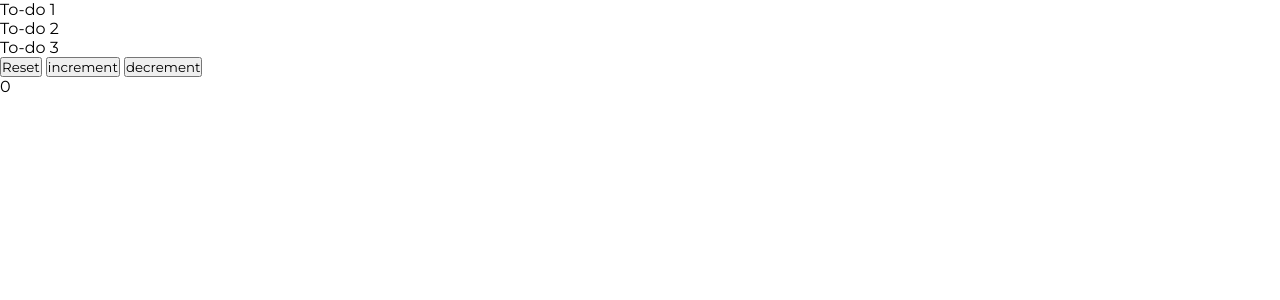
Repository: EguJaredoBoyd/Jared-Counter-App
Page: index.html
An editor plug-in stored every save of this project. The page is shown before and after the next save, followed by the edit.
The browser window is 1280 px wide. The pictures show the whole page.

Above is the page before, as saved 2025-11-17 21:04:43.

### index.html
<!DOCTYPE html>
<html lang="en">

<head>
    <meta charset="UTF-8">
    <meta name="viewport" content="width=device-width, initial-scale=1.0">
    <title>Document</title>
    <link rel="preconnect" href="https://fonts.googleapis.com">
    <link rel="preconnect" href="https://fonts.gstatic.com" crossorigin>
    <link href="https://fonts.googleapis.com/css2?family=Montserrat:ital,wght@0,100..900;1,100..900&display=swap"
        rel="stylesheet">
    <link rel="stylesheet" href="style.css">
    <script src="script.js" defer></script>
</head>

<body>
    <ul>
        <li>To-do 1</li>
        <li>To-do 2</li>
        <li>To-do 3</li>
    </ul>
    <button id="reset">Reset</button>
    <button id="increment">increment</button>
    <button id="decrement">decrement</button>


    <p id="start-count">0</p>

</body>

</html>

### style.css
* {
    padding: 0;
    margin: 0;
    box-sizing: border-box;
    font-family: "Montserrat", sans-serif;

}

:root {
    --primary-color: #0d1b2a;
    --secondary-color: #e0e1dd;
}

### script.js
//Get the last number clicked
let numberCount = Number(localStorage.getItem('increment')) || 0;

//Get last button clicked once the browser loads
let savedColor = localStorage.getItem('color');
let savedColor2 = localStorage.getItem('color2');
let savedColor3 = localStorage.getItem('color3')

let numberIncrement = document.querySelector('#increment');
let numberDecrement = document.getElementById('decrement');
let numberReset = document.querySelector('#reset');
let startCount = document.getElementById('start-count');

//Loads the the page with the last clicked number
startCount.textContent = numberCount;

//Uses the saved colour as a variable for the string 'red'
if (savedColor) {
    numberIncrement.style.backgroundColor = savedColor;
}
if (savedColor2) {
    numberDecrement.style.backgroundColor = savedColor2
}
if (savedColor3) {
    numberReset.style.backgroundColor = savedColor3;
}



numberIncrement.addEventListener('click', () => {
    let incrementColor = numberIncrement.style.backgroundColor = 'red';

    //Reset the other button colours
    numberDecrement.style.background = '';
    numberReset.style.background = '';

    //Save the color so it reminds user of last button clicked
    localStorage.setItem('color', incrementColor)
    //Remove colour storage for other buttons
    localStorage.removeItem('color2')
    localStorage.removeItem('color3')

    let counting = startCount.textContent = numberCount += 1;
    if (counting > 0) {
        startCount.style.color = 'green'
    }
    else if (counting === 0) {
        startCount.style.color = 'black';
    }
    if (numberCount < 0) {
        startCount.style.color = 'red'
    }

    //Save the number count to the localStorage
    localStorage.setItem('increment', numberCount);

})
numberDecrement.addEventListener('click', () => {
    let decrementColor = numberDecrement.style.backgroundColor = 'yellow';

    //Reset the other button colours
    numberIncrement.style.backgroundColor = '';
    numberReset.style.backgroundColor = '';

    //Save the color so it reminds user of last button clicked
    localStorage.setItem('color2', decrementColor)
    //Remove colour storage for other buttons
    localStorage.removeItem('color');
    localStorage.removeItem('color3')

    let negativeCounting = startCount.textContent = numberCount -= 1;
    if (negativeCounting < 0) {
        startCount.style.color = 'red'
    }
    else if (negativeCounting === 0) {
        startCount.style.color = 'black'
    }
    localStorage.setItem('increment', numberCount);
})
numberReset.addEventListener('click', () => {
    let resetColor = numberReset.style.backgroundColor = 'Blue';

    //Reset the other button colours
    numberIncrement.style.backgroundColor = '';
    numberDecrement.style.backgroundColor = '';

    //Save the color so it reminds user of last button clicked
    localStorage.setItem('color3', resetColor)
    //Remove colour storage for other buttons
    localStorage.removeItem('color');
    localStorage.removeItem('color2');

    let resetCounting = startCount.textContent = numberCount = 0;
    if (resetCounting === 0) {
        startCount.style.color = 'black'
    }
    localStorage.setItem('increment', numberCount);
})

After the next save:
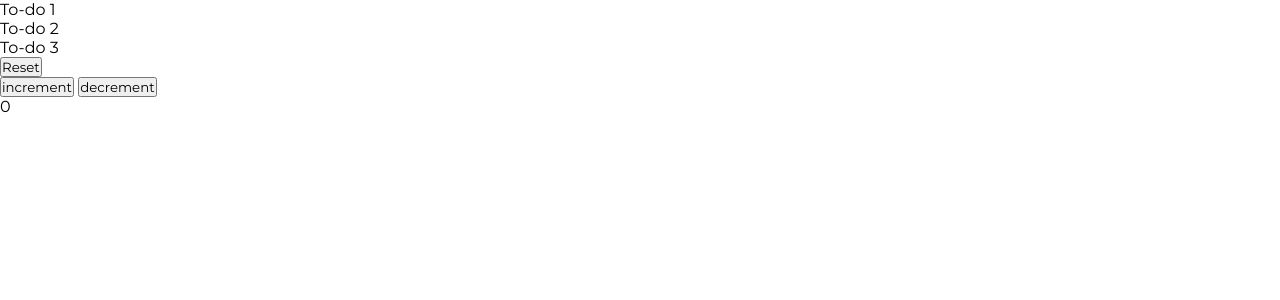
Saved 104 s later.
--- a/index.html
+++ b/index.html
@@ -9,17 +9,21 @@
     <link rel="preconnect" href="https://fonts.gstatic.com" crossorigin>
     <link href="https://fonts.googleapis.com/css2?family=Montserrat:ital,wght@0,100..900;1,100..900&display=swap"
         rel="stylesheet">
+    <link href="https://cdn.jsdelivr.net/npm/remixicon@4.2.0/fonts/remixicon.css" rel="stylesheet">
     <link rel="stylesheet" href="style.css">
     <script src="script.js" defer></script>
 </head>
 
 <body>
-    <ul>
-        <li>To-do 1</li>
-        <li>To-do 2</li>
-        <li>To-do 3</li>
-    </ul>
-    <button id="reset">Reset</button>
+    <section>
+        <ul>
+            <li>To-do 1</li>
+            <li>To-do 2</li>
+            <li>To-do 3</li>
+        </ul>
+        <button id="reset">Reset</button>
+    </section>
+
     <button id="increment">increment</button>
     <button id="decrement">decrement</button>
 
